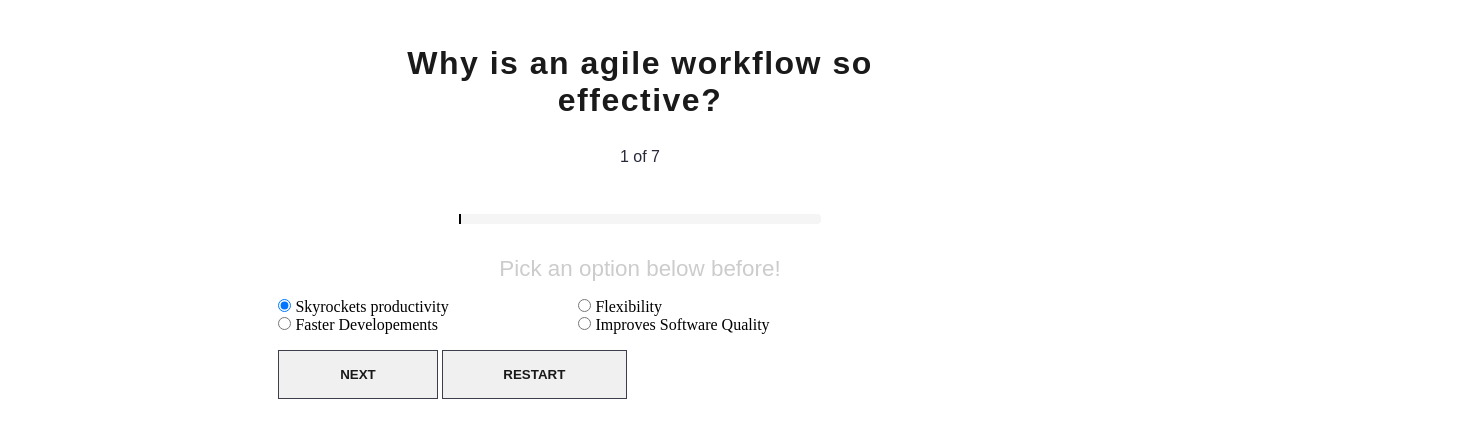
Repository: mukiSabljakovic/Quiz-APP
Page: index.html
An editor plug-in stored every save of this project. The page is shown before and after the next save, followed by the edit.
The browser window is 1280 px wide. The page is 1280 px wide, then 1478 px, then 1280 px, so the pictures cover 1478 px, including what lies to the right of the window. The pictures show the whole page.
Some web fonts or font styles are not loaded; a fallback is used.

Above is the page before, as saved 2020-05-01 12:03:53.

After the next save:
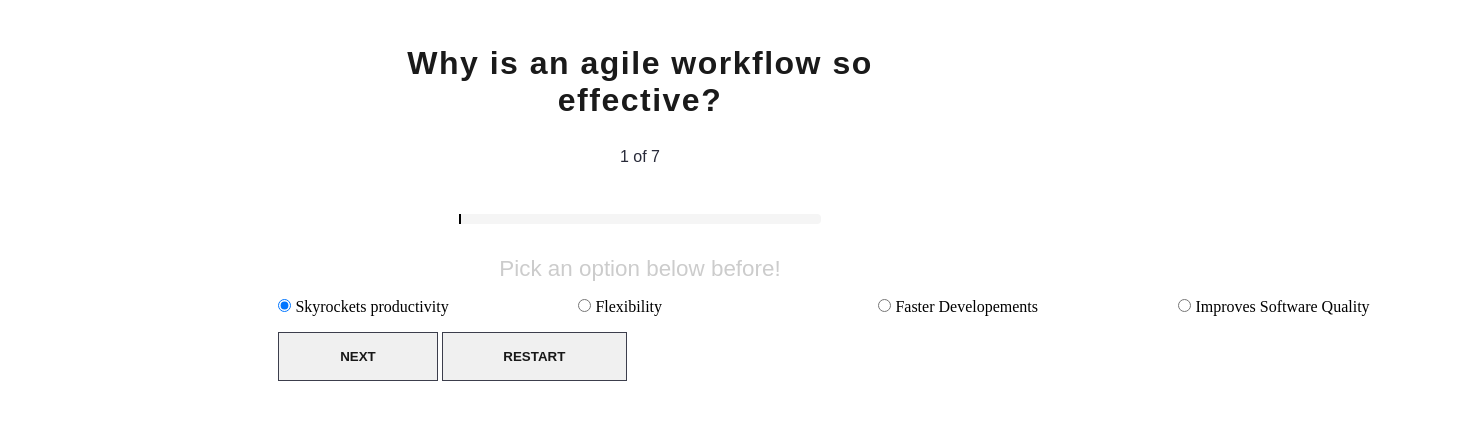
Saved 49 s later.
--- a/css/style.css
+++ b/css/style.css
@@ -96,7 +96,7 @@
     list-style-type: none;
     margin: 1rem auto;
     display: flex;
-    flex-wrap: wrap;
+    //flex-wrap: wrap;
 }
 
 .jabquiz__choice {

After the save that followed:
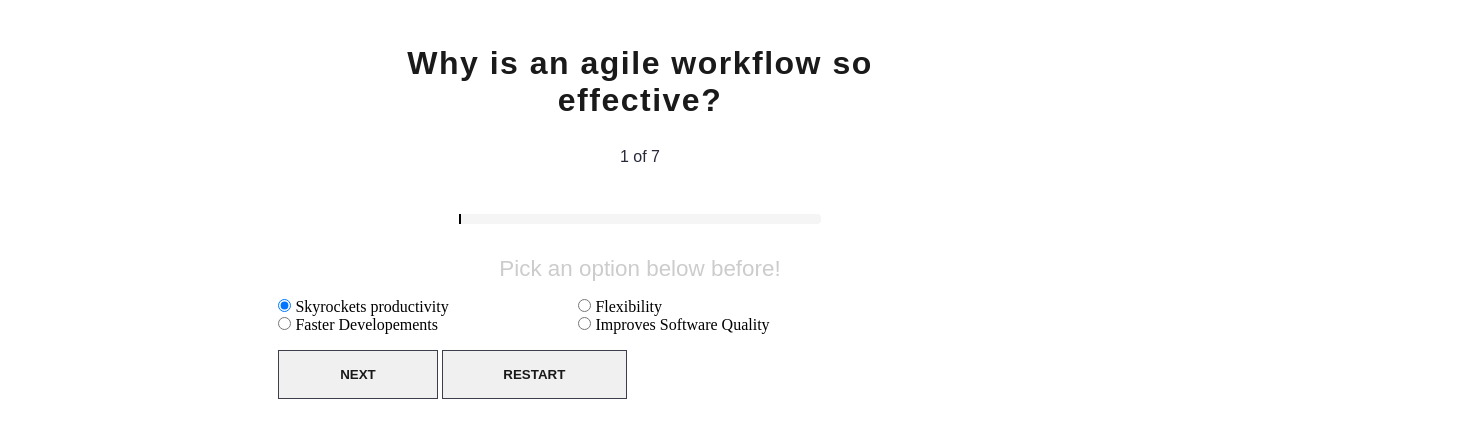
Saved 4 s later.
--- a/css/style.css
+++ b/css/style.css
@@ -96,7 +96,7 @@
     list-style-type: none;
     margin: 1rem auto;
     display: flex;
-    //flex-wrap: wrap;
+    flex-wrap: wrap;
 }
 
 .jabquiz__choice {
